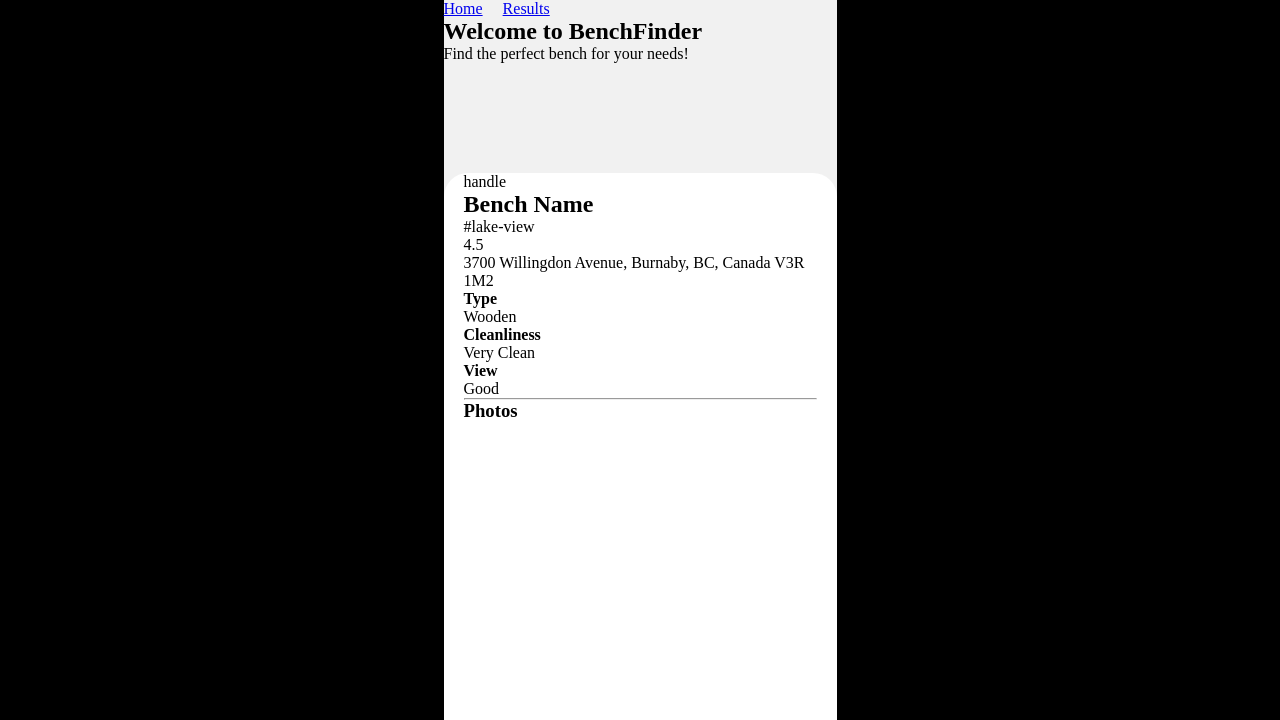
Repository: HidayatPatil/BenchFinder
Page: /
An editor plug-in stored every save of this project. The page is shown before and after the next save, followed by the edit.
The browser window is 1280 px wide. The pictures show the whole page.
The project was rebuilt for these pictures with package versions that can differ from the ones it lists, and the page was loaded fresh each time. Also part of the build but not shown: vite.config.js, src/Results.jsx.

Above is the page before, as saved 2025-10-09 19:00:54.

After the next save:
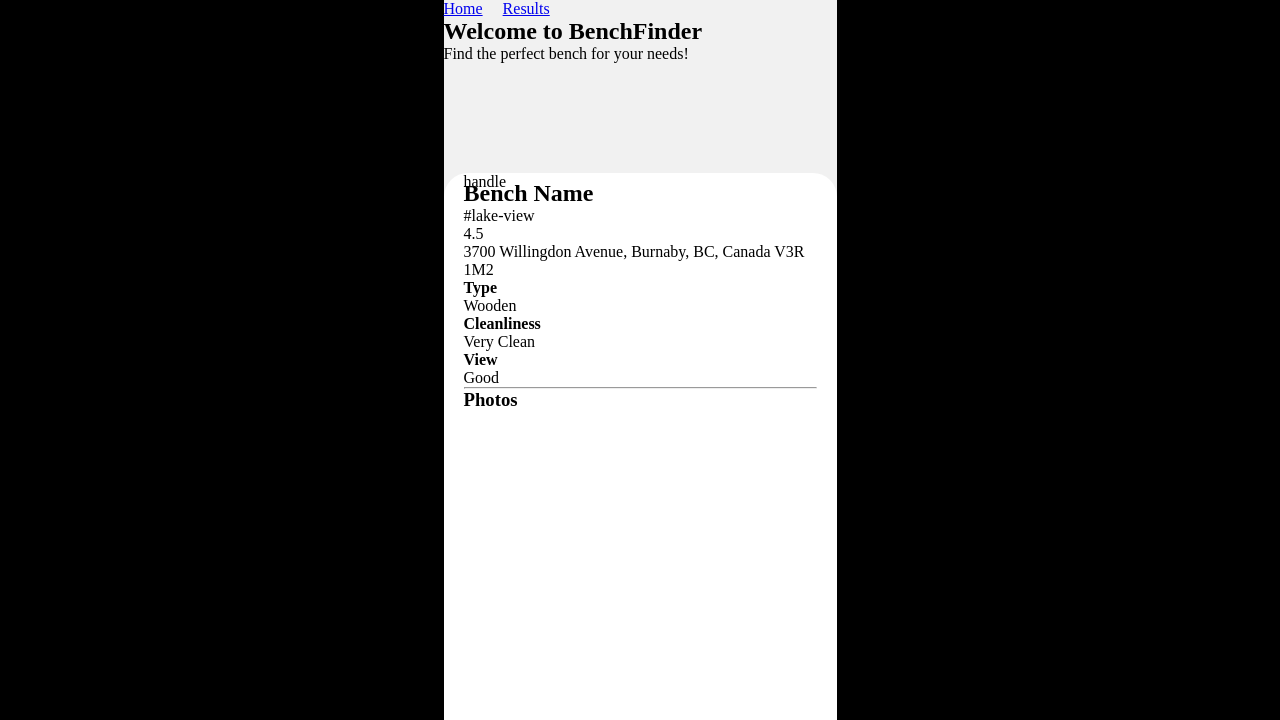
Saved 96 s later.
--- a/src/index.css
+++ b/src/index.css
@@ -42,3 +42,9 @@ body, html {
     background-color: #FFFFFF;
     border-radius: 24px 24px 0 0;
 }
+
+.drawer_handle {
+    width: 164px;
+    height: 7px;
+    border-radius: 100%;
+}
